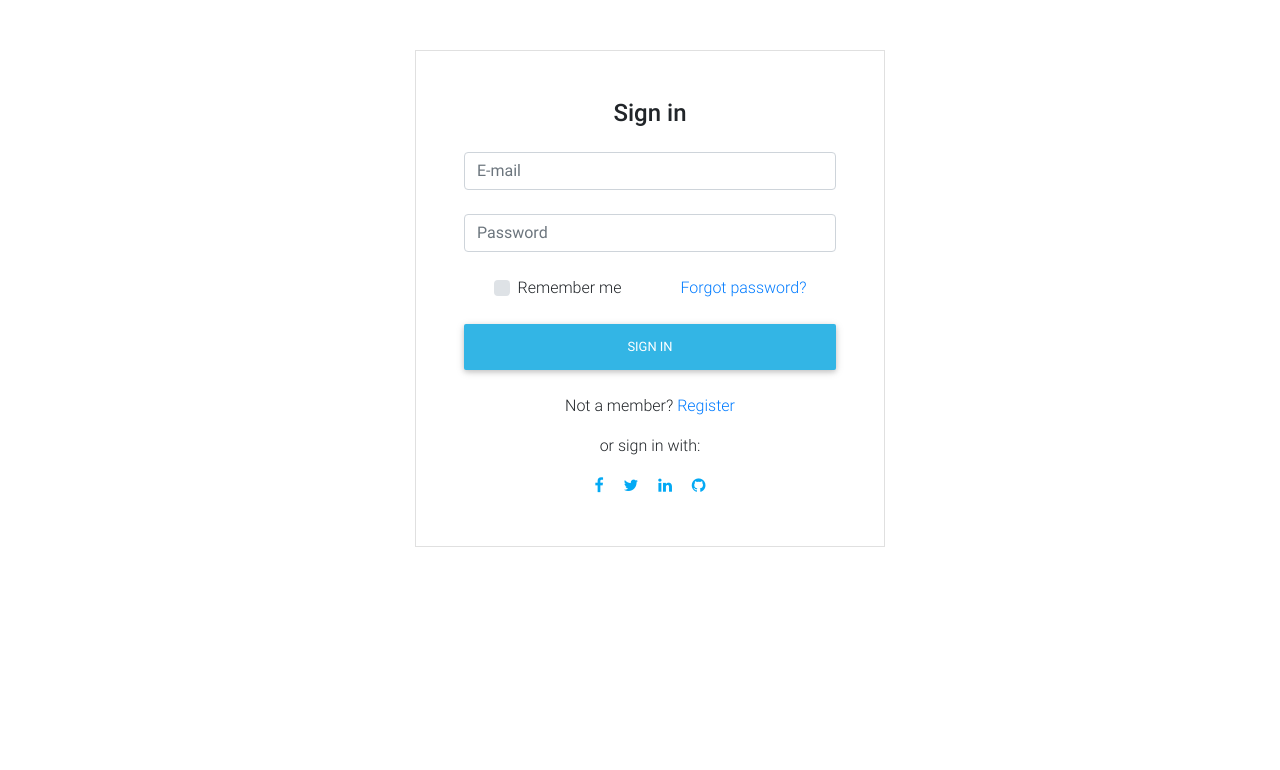
Repository: KJSCEhack/KJSCE_Vanquishers
Page: login_page.html
The author's editor kept a copy of each file at every save. The page is drawn from the files as they stood at one save, then again after the next save.
The browser window is 1280 px wide. The pictures show the whole page.

Above is the page before, as saved 2018-10-06 04:11:52.

After the next save:
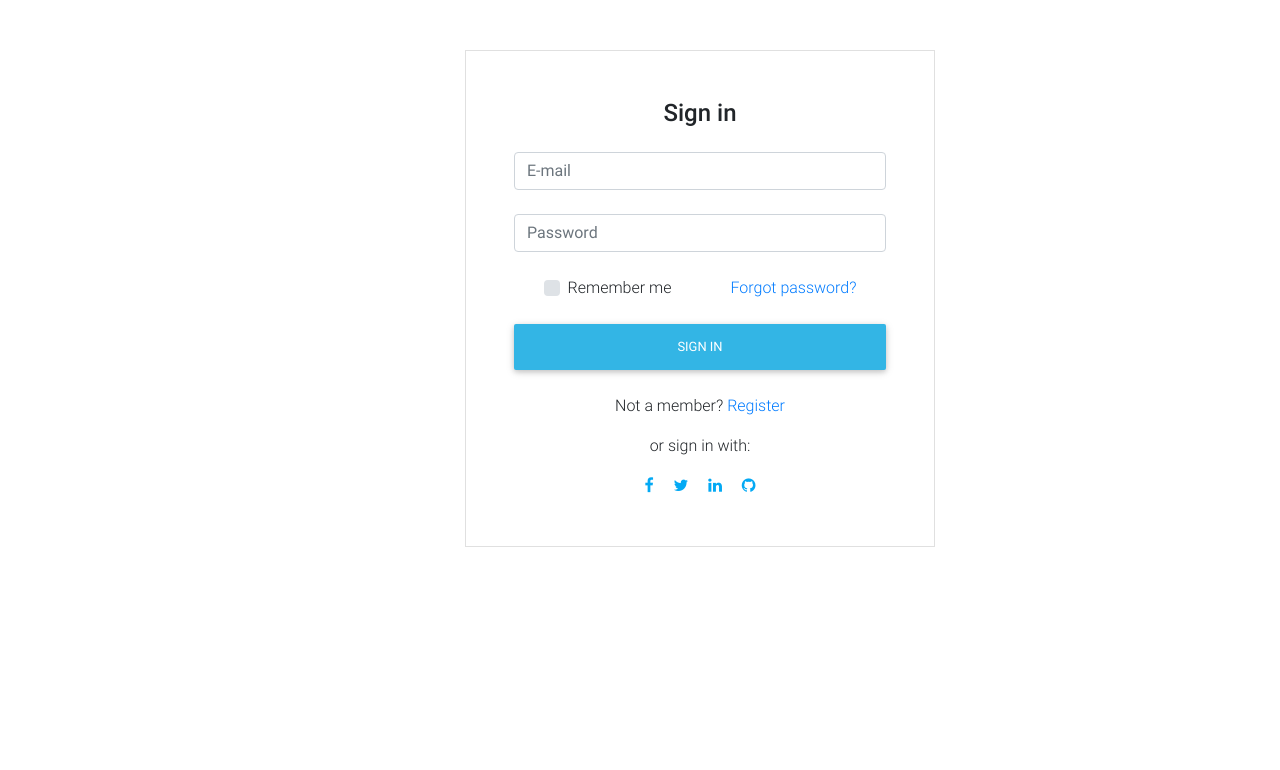
Saved 14 s later.
--- a/login_page.html
+++ b/login_page.html
@@ -13,7 +13,7 @@
     <link href="css/style.min.css" rel="stylesheet">
 </head>
 <body>
-    <div class="col-md-6" style="margin-left:400px; margin-top:50px; width:500px";>
+    <div class="col-md-6" style="margin-left:450px; margin-top:50px; width:500px";>
     <!-- Default form login -->
 <form class="text-center border border-light p-5">
 
